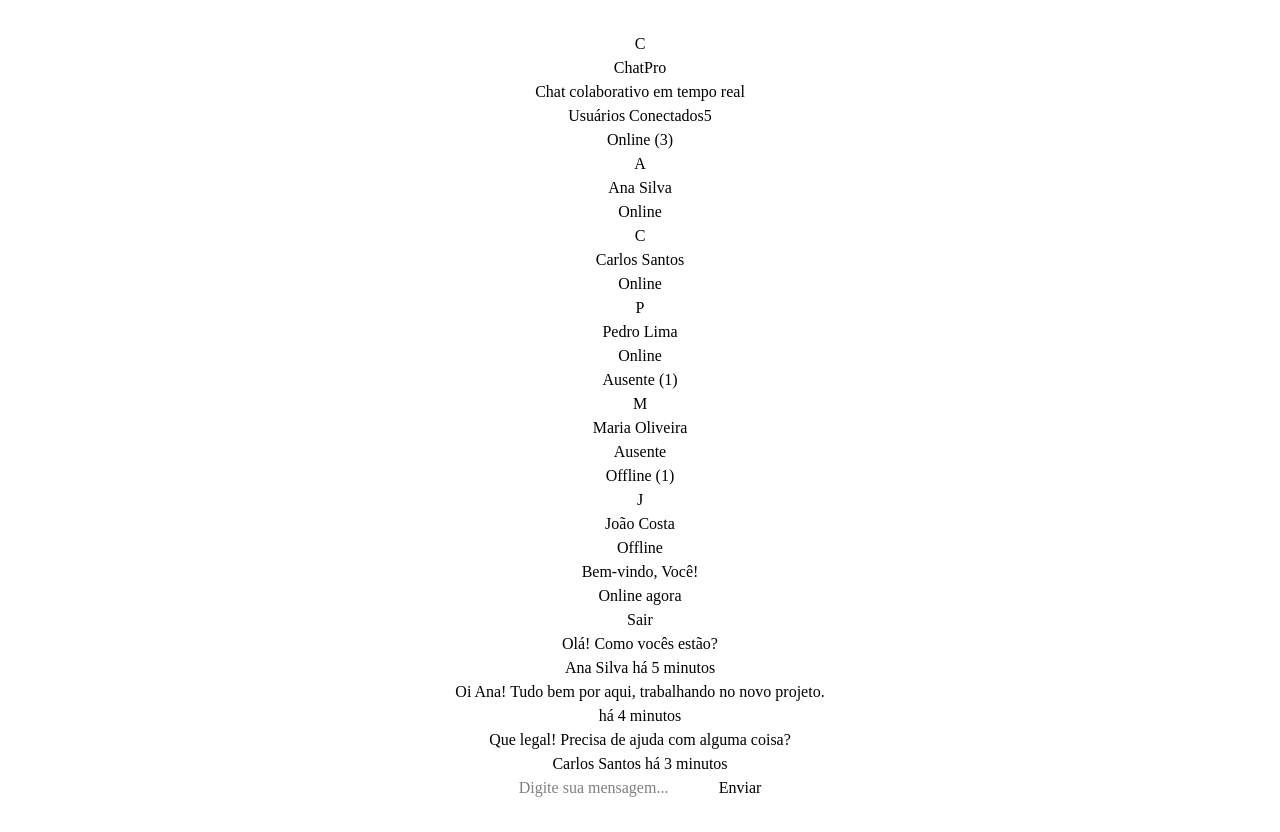
Repository: GabrielF0900/ChatPRO
Page: /chat (app in Frontend/)
An editor plug-in stored every save of this project. The page is shown before and after the next save, followed by the edit.
The browser window is 1280 px wide. The pictures show the whole page.
The project was rebuilt for these pictures with package versions that can differ from the ones it lists, and the page was loaded fresh each time. Also part of the build but not shown: Frontend/vite.config.ts, Frontend/src/pages/Register.tsx, Frontend/src/pages/Login.tsx.

Above is the page before, as saved 2025-08-02 21:28:24.

### Frontend/src/App.tsx
import { BrowserRouter, Routes, Route } from 'react-router-dom';
import './App.css';
import Register from './pages/Register';
import LoginPage from './pages/Login';
import ChatPage from './pages/Dashboard';


function App() {
  return (
    <BrowserRouter>
      <Routes>
        <Route path="/register" element={<Register />} />
        <Route path="/login" element={<LoginPage />} />
        <Route path="/chat" element={<ChatPage />} />
        {/* Adicione outras rotas conforme necessário */}
      </Routes>
    </BrowserRouter>
  );
}

export default App;

### Frontend/src/pages/Dashboard.tsx
import { useState } from "react";

export default function ChatPage() {
  const [message, setMessage] = useState("");

  const handleSend = (e: React.FormEvent<HTMLFormElement>) => {
    e.preventDefault();
    console.log("Mensagem enviada:", message);
    setMessage("");
  };

  return (
    <div className="flex h-screen bg-gray-50">
      {/* Sidebar */}
      <aside className="w-80 bg-white border-r border-gray-200 flex flex-col">
        {/* Header do Chat */}
        <div className="p-4 border-b border-gray-200 bg-white">
          <div className="flex items-center gap-3">
            <div className="w-10 h-10 bg-blue-600 rounded-full flex items-center justify-center">
              <span className="text-white font-bold text-lg">C</span>
            </div>
            <div>
              <h1 className="text-xl font-bold text-gray-900">ChatPro</h1>
              <p className="text-sm text-gray-500">Chat colaborativo em tempo real</p>
            </div>
          </div>
        </div>

        {/* Lista de Usuários */}
        <div className="flex-1 overflow-y-auto p-4">
          <div className="mb-6">
            <div className="flex items-center justify-between mb-3">
              <span className="text-sm font-medium text-gray-700">Usuários Conectados</span>
              <span className="bg-gray-100 text-gray-600 text-xs px-2 py-1 rounded-full">5</span>
            </div>

            <div className="space-y-3">
              <div className="text-xs font-medium text-green-600 flex items-center gap-1">
                <span className="w-2 h-2 bg-green-500 rounded-full"></span>
                Online (3)
              </div>

              {[
                { name: "Ana Silva", initial: "A", color: "bg-blue-500" },
                { name: "Carlos Santos", initial: "C", color: "bg-green-500" },
                { name: "Pedro Lima", initial: "P", color: "bg-purple-500" },
              ].map((user) => (
                <div key={user.name} className="flex items-center gap-3 p-2 hover:bg-gray-50 rounded-lg cursor-pointer">
                  <div className={`w-8 h-8 ${user.color} rounded-full flex items-center justify-center relative`}>
                    <span className="text-white text-sm font-medium">{user.initial}</span>
                    <span className="absolute -bottom-0.5 -right-0.5 w-3 h-3 bg-green-500 border-2 border-white rounded-full"></span>
                  </div>
                  <div className="flex-1">
                    <p className="text-sm font-medium text-gray-900">{user.name}</p>
                    <p className="text-xs text-green-600">Online</p>
                  </div>
                </div>
              ))}
            </div>
          </div>

          <div className="mb-6">
            <div className="text-xs font-medium text-yellow-600 flex items-center gap-1 mb-3">
              <span className="w-2 h-2 bg-yellow-500 rounded-full"></span>
              Ausente (1)
            </div>

            <div className="flex items-center gap-3 p-2 hover:bg-gray-50 rounded-lg cursor-pointer">
              <div className="w-8 h-8 bg-gray-400 rounded-full flex items-center justify-center relative">
                <span className="text-white text-sm font-medium">M</span>
                <span className="absolute -bottom-0.5 -right-0.5 w-3 h-3 bg-yellow-500 border-2 border-white rounded-full"></span>
              </div>
              <div className="flex-1">
                <p className="text-sm font-medium text-gray-900">Maria Oliveira</p>
                <p className="text-xs text-yellow-600">Ausente</p>
              </div>
            </div>
          </div>

          <div>
            <div className="text-xs font-medium text-gray-500 flex items-center gap-1 mb-3">
              <span className="w-2 h-2 bg-gray-400 rounded-full"></span>
              Offline (1)
            </div>

            <div className="flex items-center gap-3 p-2 hover:bg-gray-50 rounded-lg cursor-pointer opacity-60">
              <div className="w-8 h-8 bg-gray-400 rounded-full flex items-center justify-center">
                <span className="text-white text-sm font-medium">J</span>
              </div>
              <div className="flex-1">
                <p className="text-sm font-medium text-gray-900">João Costa</p>
                <p className="text-xs text-gray-500">Offline</p>
              </div>
            </div>
          </div>
        </div>
      </aside>

      {/* Chat Principal */}
      <main className="flex-1 flex flex-col bg-white">
        {/* Header do Chat */}
        <header className="flex justify-between items-center px-6 py-4 border-b border-gray-200 bg-white">
          <div></div>
          <div className="flex items-center gap-4">
            <div className="text-right">
              <p className="text-sm font-medium text-gray-900">Bem-vindo, Você!</p>
              <p className="text-xs text-green-600">Online agora</p>
            </div>
            <button className="p-2 hover:bg-gray-100 rounded-lg">
              <svg className="w-5 h-5 text-gray-500" fill="currentColor" viewBox="0 0 20 20">
                <path fillRule="evenodd" d="M10 6a2 2 0 110-4 2 2 0 010 4zM10 12a2 2 0 110-4 2 2 0 010 4zM10 18a2 2 0 110-4 2 2 0 010 4z" clipRule="evenodd" />
              </svg>
            </button>
            <button className="text-sm text-blue-600 hover:text-blue-700 font-medium">
              Sair
            </button>
          </div>
        </header>

        {/* Mensagens */}
        <div className="flex-1 overflow-y-auto p-6 space-y-4">
          <div className="flex items-start gap-3">
            <div className="bg-gray-100 px-4 py-2 rounded-lg max-w-md">
              <p>Olá! Como vocês estão?</p>
            </div>
            <span className="self-end text-xs text-gray-500">Ana Silva há 5 minutos</span>
          </div>

          <div className="flex justify-end items-start gap-3">
            <div className="bg-blue-600 text-white px-4 py-2 rounded-lg max-w-md">
              <p>Oi Ana! Tudo bem por aqui, trabalhando no novo projeto.</p>
            </div>
            <span className="self-end text-xs text-gray-500">há 4 minutos</span>
          </div>

          <div className="flex items-start gap-3">
            <div className="bg-gray-100 px-4 py-2 rounded-lg max-w-md">
              <p>Que legal! Precisa de ajuda com alguma coisa?</p>
            </div>
            <span className="self-end text-xs text-gray-500">Carlos Santos há 3 minutos</span>
          </div>
        </div>

        {/* Input */}
        <form
          onSubmit={handleSend}
          className="border-t p-4 flex gap-2 items-center"
        >
          <input
            type="text"
            placeholder="Digite sua mensagem..."
            className="flex-1 border border-gray-300 rounded-md px-4 py-2 focus:outline-none focus:ring-1 focus:ring-blue-500"
            value={message}
            onChange={(e) => setMessage(e.target.value)}
          />
          <button
            type="submit"
            className="bg-blue-600 hover:bg-blue-700 text-white px-4 py-2 rounded-md"
          >
            Enviar
          </button>
        </form>
      </main>
    </div>
  );
}

Loaded but not shown: Frontend/index.html (common file); Frontend/src/main.tsx (common file); Frontend/src/index.css (common file); Frontend/src/App.css (common file)

After the next save:
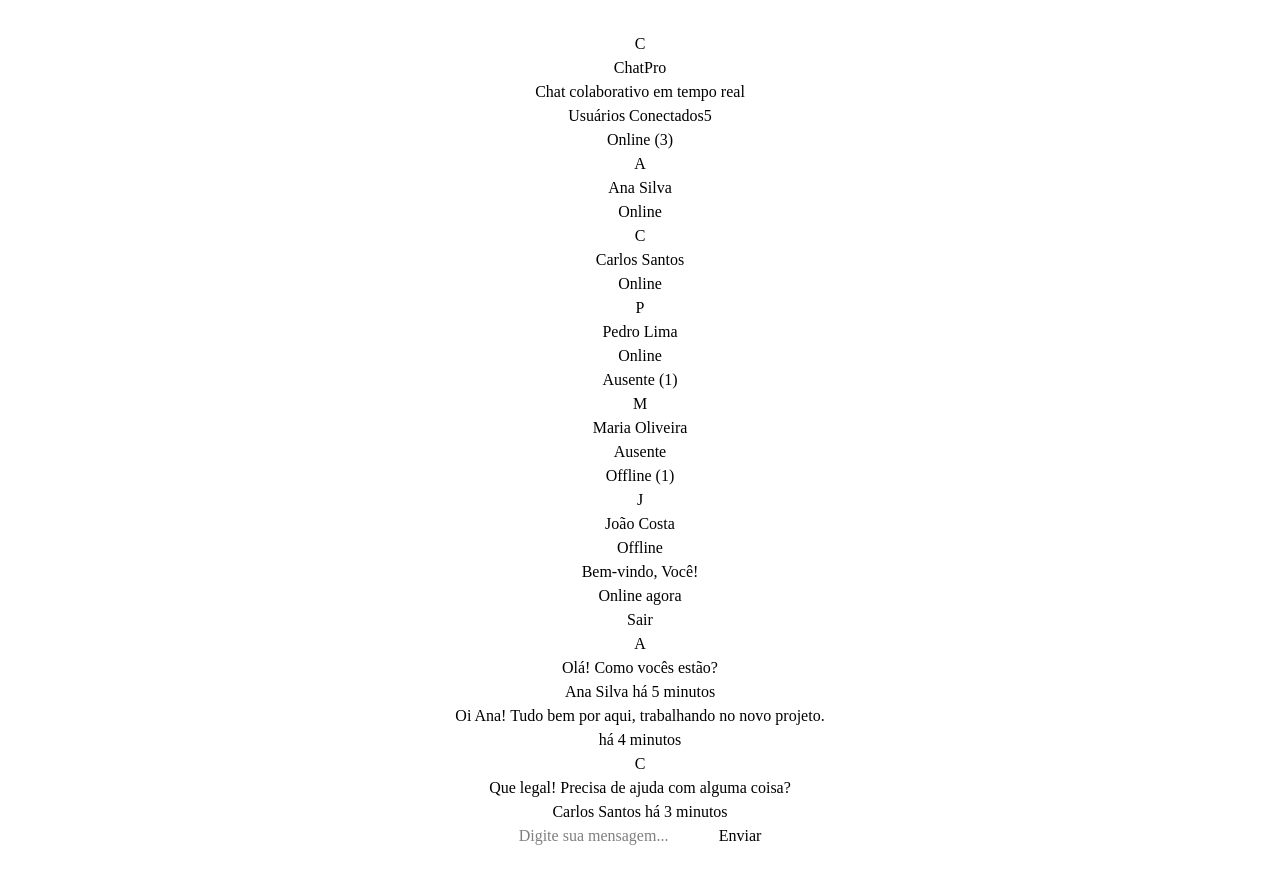
Saved 26 s later.
--- a/Frontend/src/pages/Dashboard.tsx
+++ b/Frontend/src/pages/Dashboard.tsx
@@ -117,27 +117,42 @@ export default function ChatPage() {
           </div>
         </header>
 
-        {/* Mensagens */}
-        <div className="flex-1 overflow-y-auto p-6 space-y-4">
+        {/* Área de Mensagens */}
+        <div className="flex-1 overflow-y-auto p-6 space-y-6 bg-gray-50">
+          {/* Mensagem recebida */}
           <div className="flex items-start gap-3">
-            <div className="bg-gray-100 px-4 py-2 rounded-lg max-w-md">
-              <p>Olá! Como vocês estão?</p>
+            <div className="w-8 h-8 bg-blue-500 rounded-full flex items-center justify-center flex-shrink-0">
+              <span className="text-white text-sm font-medium">A</span>
             </div>
-            <span className="self-end text-xs text-gray-500">Ana Silva há 5 minutos</span>
+            <div className="flex flex-col">
+              <div className="bg-white px-4 py-3 rounded-2xl rounded-tl-md shadow-sm max-w-md">
+                <p className="text-gray-900">Olá! Como vocês estão?</p>
+              </div>
+              <span className="text-xs text-gray-500 mt-1 ml-1">Ana Silva há 5 minutos</span>
+            </div>
           </div>
 
-          <div className="flex justify-end items-start gap-3">
-            <div className="bg-blue-600 text-white px-4 py-2 rounded-lg max-w-md">
-              <p>Oi Ana! Tudo bem por aqui, trabalhando no novo projeto.</p>
+          {/* Mensagem própria */}
+          <div className="flex justify-end">
+            <div className="flex flex-col items-end">
+              <div className="bg-blue-600 text-white px-4 py-3 rounded-2xl rounded-tr-md shadow-sm max-w-md">
+                <p>Oi Ana! Tudo bem por aqui, trabalhando no novo projeto.</p>
+              </div>
+              <span className="text-xs text-gray-500 mt-1 mr-1">há 4 minutos</span>
             </div>
-            <span className="self-end text-xs text-gray-500">há 4 minutos</span>
           </div>
 
+          {/* Mensagem recebida */}
           <div className="flex items-start gap-3">
-            <div className="bg-gray-100 px-4 py-2 rounded-lg max-w-md">
-              <p>Que legal! Precisa de ajuda com alguma coisa?</p>
+            <div className="w-8 h-8 bg-green-500 rounded-full flex items-center justify-center flex-shrink-0">
+              <span className="text-white text-sm font-medium">C</span>
             </div>
-            <span className="self-end text-xs text-gray-500">Carlos Santos há 3 minutos</span>
+            <div className="flex flex-col">
+              <div className="bg-white px-4 py-3 rounded-2xl rounded-tl-md shadow-sm max-w-md">
+                <p className="text-gray-900">Que legal! Precisa de ajuda com alguma coisa?</p>
+              </div>
+              <span className="text-xs text-gray-500 mt-1 ml-1">Carlos Santos há 3 minutos</span>
+            </div>
           </div>
         </div>
 
